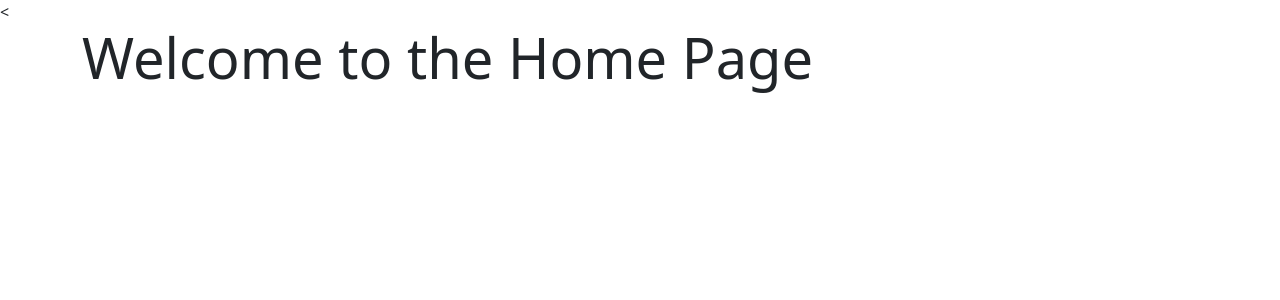
Repository: kaletejas/COMP229_Portfolio
Page: http://localhost/
These files come from the project's save history. The page is drawn as it stood at one moment and after the next save; the edit follows.
The browser window is 1280 px wide. The pictures show the whole page.
The page is served by the project's Node server (server.js). Other server files are loaded and not shown.

Above is the page before, as saved 2023-01-25 21:58:35.

### WEEK3/views/index.ejs
<%-include partials/header.ejs%>
<
  <!--Main nav Navigation-->

<main class="container">
  <div class="jumbotron">
    <h1 class="display-4">Welcome to the <%= title %> Page</h1>
  </main>



  <!--script section-->

  <%-include partials/footer.ejs%>

### WEEK3/views/partials/header.ejs
<!DOCTYPE html>
<html lang="en">
<head>
  <meta charset="UTF-8">
  <meta http-equiv="X-UA-Compatible" content="IE=edge">
  <meta name="viewport" content="width=device-width, initial-scale=1.0">
  <title><%= title %></title>
  <!--css section-->
  <link rel="stylesheet" href="/bootstrap/dist/css/bootstrap.min.css"/>
  <link rel="stylesheet" href="/@fortawesome/fontawesome-free/css/all.min.css"/>
  <link rel='stylesheet' href='/Content/app.css' />
</head>
<body>

### WEEK3/views/partials/footer.ejs
<script src="/jquery/dist/jquery.min.js"></script>
  <script src="/bootstrap/dist/js/bootstrap.min.js"></script>
   <script src="/Scripts/app.js"></script>
</body>
</html>

### WEEK3/server.js
#!/usr/bin/env node

/**
 * Module dependencies.
 */

var app = require('./app');
var debug = require('debug')('week3:server');
var http = require('http');

/**
 * Get port from environment and store in Express.
 */

var port = normalizePort(process.env.PORT || '3000');
app.set('port', port);

/**
 * Create HTTP server.
 */

var server = http.createServer(app);

/**
 * Listen on provided port, on all network interfaces.
 */

server.listen(port);
server.on('error', onError);
server.on('listening', onListening);

/**
 * Normalize a port into a number, string, or false.
 */

function normalizePort(val) {
  var port = parseInt(val, 10);

  if (isNaN(port)) {
    // named pipe
    return val;
  }

  if (port >= 0) {
    // port number
    return port;
  }

  return false;
}

/**
 * Event listener for HTTP server "error" event.
 */

function onError(error) {
  if (error.syscall !== 'listen') {
    throw error;
  }

  var bind = typeof port === 'string'
    ? 'Pipe ' + port
    : 'Port ' + port;

  // handle specific listen errors with friendly messages
  switch (error.code) {
    case 'EACCES':
      console.error(bind + ' requires elevated privileges');
      process.exit(1);
      break;
    case 'EADDRINUSE':
      console.error(bind + ' is already in use');
      process.exit(1);
      break;
    default:
      throw error;
  }
}

/**
 * Event listener for HTTP server "listening" event.
 */

function onListening() {
  var addr = server.address();
  var bind = typeof addr === 'string'
    ? 'pipe ' + addr
    : 'port ' + addr.port;
  debug('Listening on ' + bind);
}

### WEEK3/routes/index.js
var express = require('express');
var router = express.Router();

/* GET home page. */
router.get('/', function(req, res, next) {
  res.render('index', { title: 'Home' });
});
router.get('/home', function(req, res, next) {
  res.render('index', { title: 'Home' });
});
router.get('/about', function(req, res, next) {
  res.render('index', { title: 'About' });
});
router.get('/products', function(req, res, next) {
  res.render('index', { title: 'Products' });
});
router.get('/services', function(req, res, next) {
  res.render('index', { title: 'Services' });
});

router.get('/contact', function(req, res, next) {
  res.render('index', { title: 'Contact' });
});

module.exports = router;

### WEEK3/app.js
var createError = require('http-errors');
var express = require('express');
var path = require('path');
var cookieParser = require('cookie-parser');
var logger = require('morgan');

var indexRouter = require('./routes/index');
var usersRouter = require('./routes/users');

var app = express();

// view engine setup
app.set('views', path.join(__dirname, 'views'));
app.set('view engine', 'ejs');

app.use(logger('dev'));
app.use(express.json());
app.use(express.urlencoded({ extended: false }));
app.use(cookieParser());
app.use(express.static(path.join(__dirname, 'public')));
app.use(express.static(path.join(__dirname, 'node_modules')));

app.use('/', indexRouter);
app.use('/users', usersRouter);

// catch 404 and forward to error handler
app.use(function(req, res, next) {
  next(createError(404));
});

// error handler
app.use(function(err, req, res, next) {
  // set locals, only providing error in development
  res.locals.message = err.message;
  res.locals.error = req.app.get('env') === 'development' ? err : {};

  // render the error page
  res.status(err.status || 500);
  res.render('error');
});

module.exports = app;

### WEEK3/public/Content/app.css
/*custom css goes here*/

### WEEK3/public/Scripts/app.js
(function () {
    function start() {
        console.log("App Started...");
    }
    window.addEventListener("load", start);
})();

### WEEK3/views/partials/main_nav.ejs
<nav class="navbar navbar-expand-lg navbar-dark bg-dark">
  <!--div class="container-fluid"-->
    <a class="navbar-brand" href="#">COMP229</a>
    <button class="navbar-toggler" type="button" data-toggle="collapse" data-target="#navbarSupportedContent" aria-controls="navbarSupportedContent" aria-expanded="false" aria-label="Toggle navigation">
      <span class="navbar-toggler-icon"></span>
    </button>
    <div class="collapse navbar-collapse" id="navbarSupportedContent">
      <ul class="navbar-nav ml-auto">
        <% if(title=="Home"){%>
        <li class="nav-item active">
          <%}else{%>
            <li class="nav-item">
              <%}%>
          <a class="nav-link active" aria-current="page" href="/home">Home</a>
        </li>

       <% if(title=="About"){%>
        <li class="nav-item active">
          <%}else{%>
            <li class="nav-item">
              <%}%>
          <a class="nav-link" href="/about">About</a>
        </li>

        <% if(title=="Contact"){%>
          <li class="nav-item active">
            <%}else{%>
              <li class="nav-item">
                <%}%>
          <a class="nav-link" href="/contact">Contact</a>
        </li>

        <% if(title=="Services"){%>
        <li class="nav-item active">
          <%}else{%>
            <li class="nav-item">
              <%}%>
          <a class="nav-link" href="/services">Services</a>
        </li>

        <% if(title=="Products"){%>
        <li class="nav-item active">
          <%}else{%>
              <li class="nav-item">
                <%}%>
          <a class="nav-link" href="/products">Products</a>
        </li>

    </div>
  <!--div-->
</nav>

After the next save:
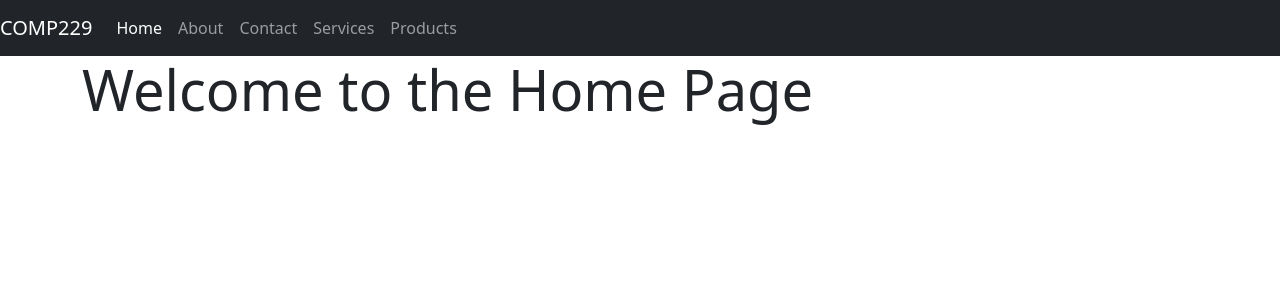
Saved 30 s later.
--- a/WEEK3/views/index.ejs
+++ b/WEEK3/views/index.ejs
@@ -1,5 +1,5 @@
 <%-include partials/header.ejs%>
-<
+<%-include partials/main_nav.ejs%>
   <!--Main nav Navigation-->
 
 <main class="container">
